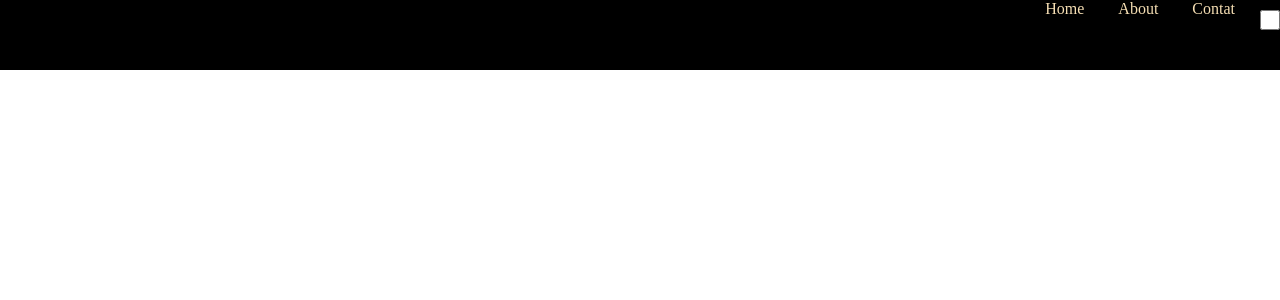
Repository: imokha01/toggleNavBar
Page: index.html
An editor plug-in stored every save of this project. The page is shown before and after the next save, followed by the edit.
The browser window is 1280 px wide. The pictures show the whole page.

Above is the page before, as saved 2023-12-26 22:20:50.

### index.html
<!DOCTYPE html>
<html lang="en">
<head>
    <meta charset="UTF-8">
    <meta name="viewport" content="width=device-width, initial-scale=1.0">
    <title>Toggle Nav Bar</title>
    <link rel="stylesheet" href="style.css">
</head>
<body>
    <header class="header">
        <div class="header__content">
            <nav class="header__content__navbar">
                <li class="header__content__navbar__list">
                    <a href="#" class="header__content__navbar__link">Home</a>
                </li>
                <li class="header__content__navbar__list">
                    <a href="#" class="header__content__navbar__link">About</a>
                </li>
                <li class="header__content__navbar__list">
                    <a href="#" class="header__content__navbar__link">Contat</a>
                </li>
            </nav>
            <input type="checkbox" class="checkbox toggle-triger">
        </div>

    </header>
</body>
</html>

### style.css
*{
    margin: 0;
    padding: 0;
    box-sizing: border-box;
}

.header {
    height: 20px;
    background: #000;
    height: 70px;

}


.header__content__navbar__list {
    display: inline-block;
    list-style-type: none;
}

.header__content__navbar__link{
    color: wheat;
    text-decoration: none;
    padding: 15px;
}

.header__content {
    display: flex;
    justify-content: end;
    a
    padding: 15px;
    gap: 10px;
}

.checkbox {
    width: 20px;
    height:40px;

}

After the next save:
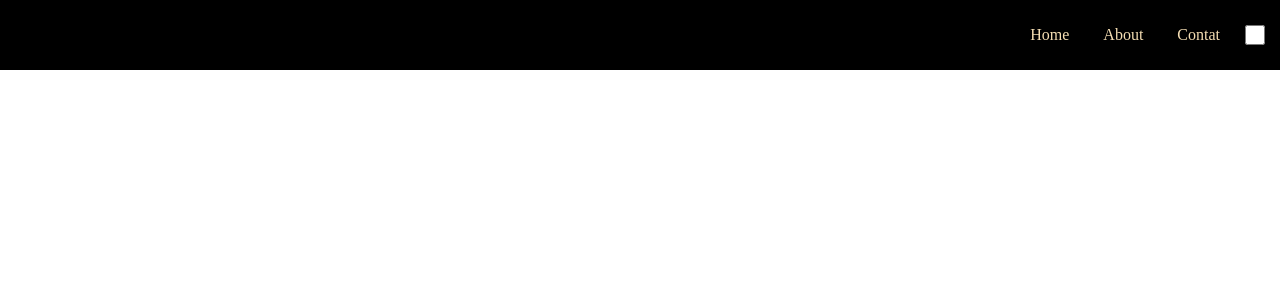
Saved 5 s later.
--- a/style.css
+++ b/style.css
@@ -26,7 +26,7 @@
 .header__content {
     display: flex;
     justify-content: end;
-    a
+    align-items: center;
     padding: 15px;
     gap: 10px;
 }
